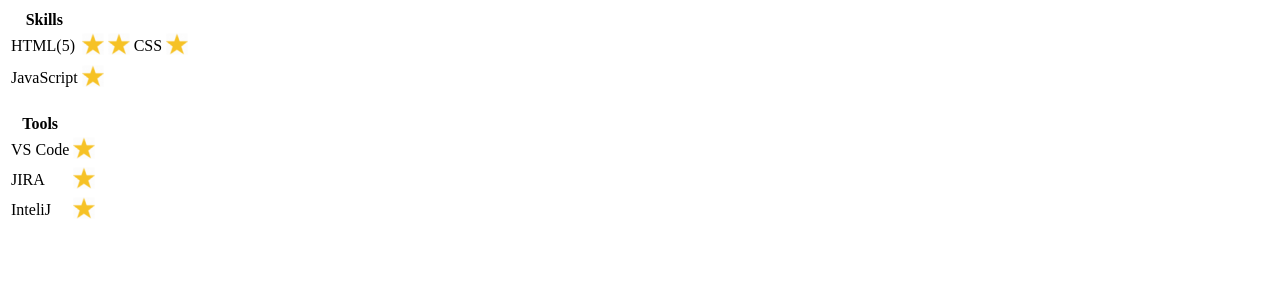
Repository: ew-code/Web-Development
Page: HTML - Personal Site/abilities.html
The author's editor kept a copy of each file at every save. The page is drawn from the files as they stood at one save, then again after the next save.
The browser window is 1280 px wide. The pictures show the whole page.

Above is the page before, as saved 2021-01-03 17:05:05.

### HTML - Personal Site/abilities.html
<!DOCTYPE html>
<html lang="en">

<head>
  <meta charset="UTF-8">
  <meta name="viewport" content="width=device-width, initial-scale=1.0">
  <meta http-equiv="X-UA-Compatible" content="ie=edge">
  <title>Abilities</title>
</head>

<body>

  <table>
    <colgroup span="2"></colgroup>
    <thead>
      <tr>
        <th>Skills</th>
      </tr>
    </thead>
    <tbody>
      <tr>
        <td> HTML(5)</td>
        <td><img src="images\star.png" alt="yellow star"></td>
        <td><img src="images\star.png" alt="yellow star"></td>
        <td>CSS</td>
        <td><img src="images\star.png" alt="yellow star"></td>
      <tr>
      </tr>
      <td>JavaScript</td>
      <td><img src="images\star.png" alt="yellow star"></td>
      </tr>
    </tbody>
  </table>
<br>
  <table>
    <thead>
      <tr>
        <th>Tools</th>
      </tr>
    </thead>
    <tbody>
      <tr>
        <td>VS Code</td>
        <td><img src="images\star.png" alt="yellow star"></td>
      </tr>
      <tr>
        <td>JIRA</td>
        <td><img src="images\star.png" alt="yellow star"></td>
      </tr>
      <td>InteliJ</td>
      <td><img src="images\star.png" alt="yellow star"></td>
      </tr>
    </tbody>
  </table>

</body>

</html>

After the next save:
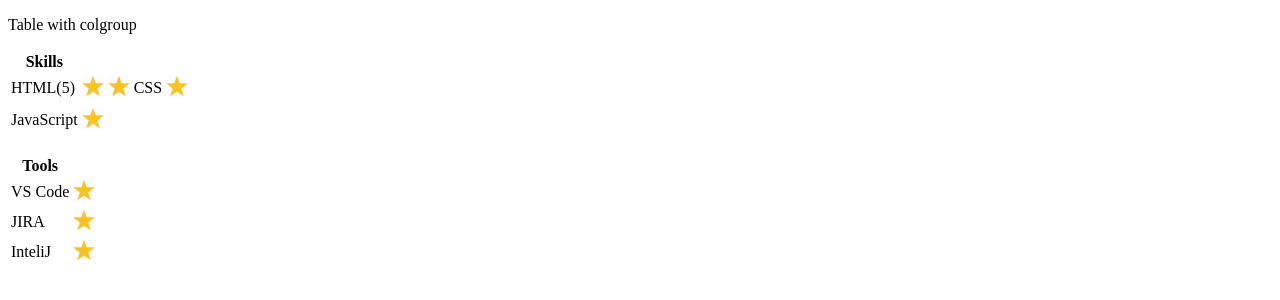
Saved 85 s later.
--- a/HTML - Personal Site/abilities.html
+++ b/HTML - Personal Site/abilities.html
@@ -10,6 +10,7 @@
 
 <body>
 
+  <p>Table with colgroup</p>
   <table>
     <colgroup span="2"></colgroup>
     <thead>
